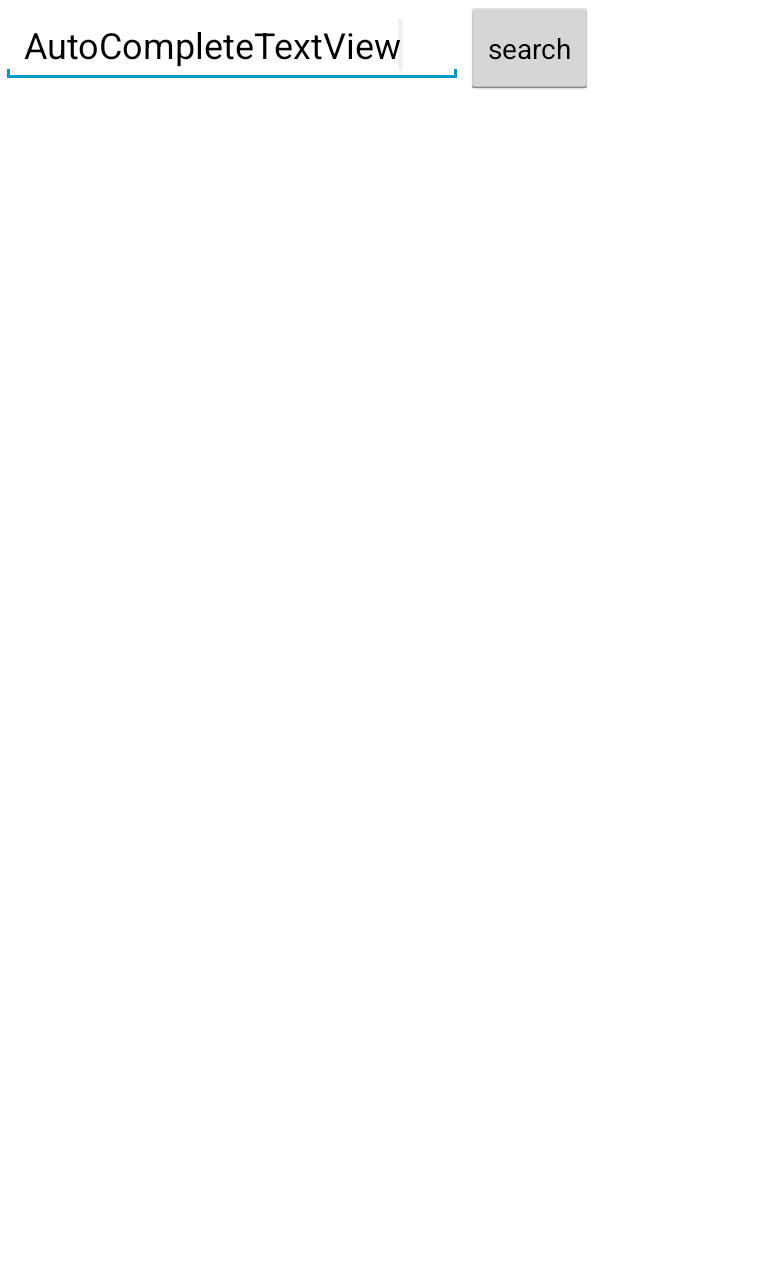
Repository: KnightFreedom/cookcook
Layout: client/CookCook/res/layout/browse_activity.xml
An editor plug-in stored every save of this project. The layout is shown before and after the next save, followed by the edit.
It is drawn on a 768 x 1280 px phone screen (xhdpi) without system bars, with theme AppTheme; the app's code is not run.

Above is the layout before, as saved 2017-05-10 05:59:56.

After the next save:
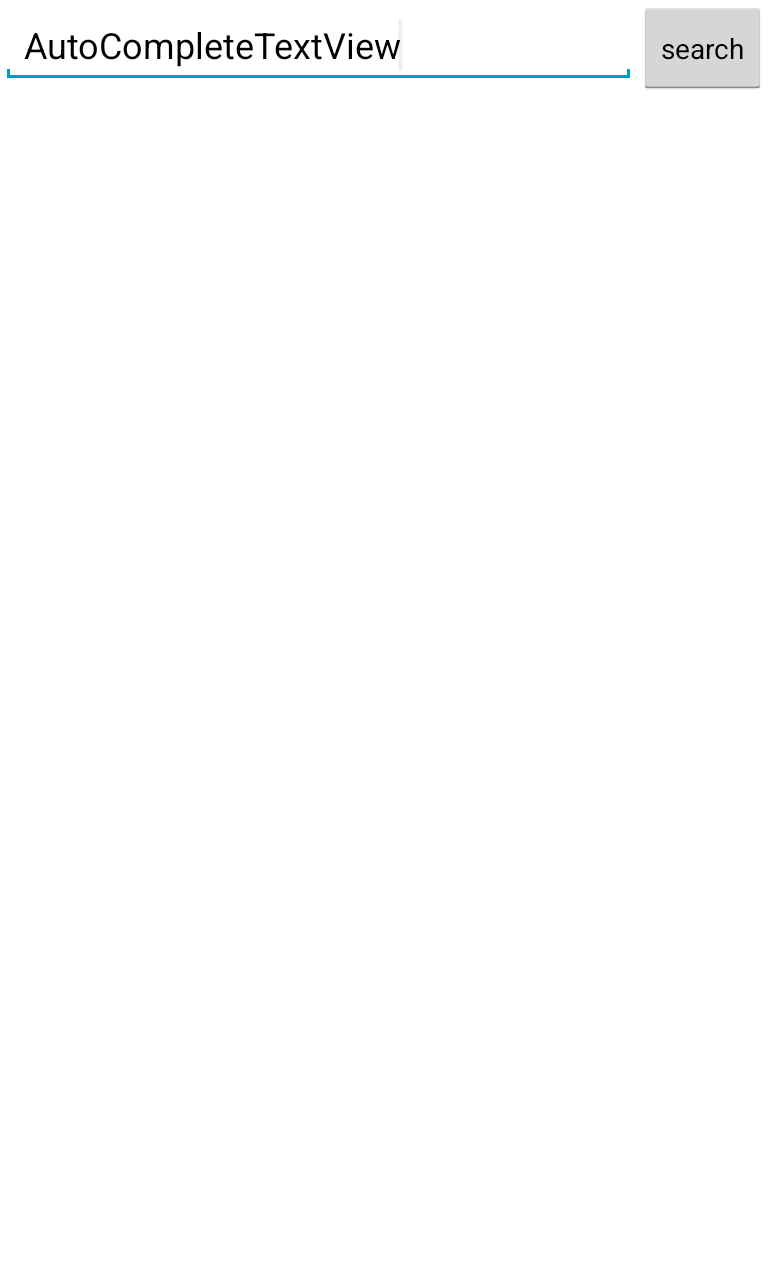
Saved 13 s later.
--- a/client/CookCook/res/layout/browse_activity.xml
+++ b/client/CookCook/res/layout/browse_activity.xml
@@ -12,6 +12,7 @@
             android:id="@+id/autoCompleteTextView1"
             android:layout_width="232dp"
             android:layout_height="wrap_content"
+            android:layout_weight="0.45"
             android:ems="10"
             android:text="AutoCompleteTextView" >
 
@@ -24,8 +25,6 @@
             android:layout_width="wrap_content"
             android:layout_height="wrap_content"
             android:text="search" />
-
     </LinearLayout>
 
-
 </ScrollView>
